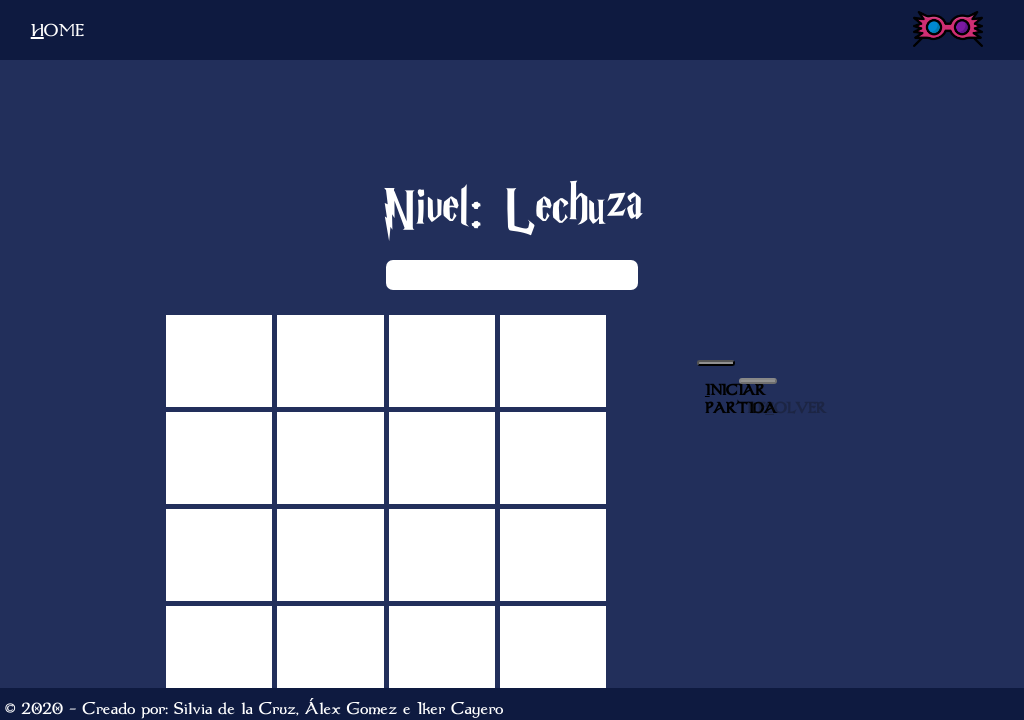
Repository: alexgomezdev/RavenclawSimon
Page: http://localhost/start.php?do=tryagain
An editor plug-in stored every save of this project. The page is shown before and after the next save, followed by the edit.
The browser window is 1024 px wide. The pictures show the whole page.
The page is run by PHP 8.4 with error messages shown; the project is at /var/www/html/.

Above is the page before, as saved 2020-11-10 21:27:25.

### start.php
<!DOCTYPE html>
<?php
session_start();
?>
<html lang="en">
<head>
    <meta charset="UTF-8">
    <meta name="viewport" content="width=device-width, initial-scale=1.0">
    <title>Ravenclaw Simon</title>
    <link rel="stylesheet" href="templates/lib.css">
    <link rel="stylesheet" href="templates/general.css">
    <link rel="stylesheet" href="templates/start.css">
    <audio id="start" src="templates/assets/audio/start.wav"></audio>
    <audio id="select" src="templates/assets/audio/select.mp3"></audio>
    <audio id="solve" src="templates/assets/audio/revelio.mp3"></audio>
    <script src="js/colorblind.js"></script>
</head>
<?php
    if (isset($_POST['colorblind_data'])) {
            $_SESSION['colorblind-data'] = $_POST['colorblind_data'];
        }
?>
<body id="body" <?php if (isset($_SESSION['colorblind-data']) && $_SESSION['colorblind-data'] == "True") {
            echo "class = 'body-blindcolor'";
        } else {
            echo "class = 'body'";
        } ?>>
    <header id="header" <?php if (isset($_SESSION['colorblind-data']) && $_SESSION['colorblind-data'] == "True") {
            echo "class = 'header-blindcolor'";
        } else {
            echo "class = 'header'";
        } ?>>
        <div id="home_link_div">
            <a href="index.php" id="home_link" accesskey="h"><underline class="accesskey">H</underline>OME</a>
        </div>
        <div class="colorblind_button_div" title="MODO DALTÓNICO" onclick="click_colorblind()">
            <img src="templates/assets/icono_daltonico.png" alt="Modo daltónico" id="colorblind_icon">
        </div>
    </header>
    <div id="show_name">
        <?php
        if (isset($_POST['username'])) {
            $username = $_POST['username'];
            if (isset($_SESSION['user']) && $_SESSION['user'] != $_POST['username']) {
                session_unset();
            }
            if (isset($_SESSION['user'])) {
                echo 'Jugador: ' . $_SESSION['user'];
            } else {
                $_SESSION['user'] = $username;

                echo 'Jugador: ' . $_SESSION['user'];
            }
        } else {
            if (isset($_SESSION['user'])) {
                echo 'Jugador: ' . $_SESSION['user'];
            }
        }
        if (isset($_SESSION['lvl'])) {
            if ( isset($_GET["do"]) && $_GET["do"] == "next") {
                $_SESSION['rankPoints'] = $_SESSION['rankPoints'] + 1000;
                $_SESSION['lvl'] = $_SESSION['lvl'] + 1;
            } else if (isset($_GET["do"]) && $_GET["do"] == "tryagain") {
                $_SESSION['rankPoints'] = $_SESSION['rankPoints'] - 50;
            }
        } else {
            $_SESSION['lvl'] = 0;
        }
        if (!isset($_SESSION['rankPoints'])) {
            $_SESSION['rankPoints'] = 1000;
        }
        $archivo = file('templates/config.txt');
        $nivel = explode(";", $archivo[$_SESSION['lvl']]);
        $filas = explode("x", $nivel[1]);
        $randArray = [];
        $randNum = [];
        $segons = $nivel[3] * 1000;
        echo "</br>Nivel: " . $nivel[0];
        ?>
        <script type="text/javascript">
            var segons = <?php echo $segons; ?>

        </script>
    </div>
    <div id="timer">
        <div id="progress">
            <div id="bar">
                <div id="label"></div>
            </div>
        </div>
    </div>
    <script src="js/playing.js"></script>
    <div class="maxwd just-cont-center ds-flex">
        <div class="table">
            <?php

            for ($m = 1; $m <= $nivel[2]; $m++) {
                $randNum = rand(0, ($filas[0] * $filas[1]) - 1);
                if (in_array($randNum, $randArray)) {
                    $m = $m - 1;
                } else {
                    array_push($randArray, $randNum);
                }
            }
            //echo "<PRE>" . print_r($_SESSION['lvl'], true) . "</PRE>";
            //0. NOM, 1. MATRIU, 2. PINTAR 3. SEGS, 4.CODI

            $cont = 0;
            //echo "<PRE>" . var_export($nivel, true) . "</PRE>";

            echo " <table class='tg'><tbody>";
            for ($i = 1; $i <= $filas[0]; $i++) {
                echo "<tr>";
                for ($x = 1; $x <= $filas[1]; $x++) {
                    if (in_array($cont, $randArray)) {
                        echo "<td class='tg plus'  id='. $cont . ' ' '></td>";
                        $cont = $cont + 1;
                    } else {
                        echo "<td class='tg' id='. $cont . ' '></td>";
                        $cont = $cont + 1;
                    }
                }
                echo "</tr>";
            }
            echo " </tbody> </table>";
            //echo "<PRE>" . print_r($filas, true) . "</PRE>";
            ?>
        </div>
               <div class=" ds-flex just-space-around">
            <div id="button_div">
                <button class="button_play" id="start_game_button" onclick="showNices(); updateClock(); move(); start()" accesskey="i">
                    <h3><underline class="accesskey">I</underline>NICIAR PARTIDA</h3>
                </button>
                <button class="button_play" id="solve_button" onclick="winorlose()" onmouseover="solve()" accesskey="s" disabled>
                    <h3>RE<underline class="accesskey">S</underline>OLVER</h3>
                </button>
            </div>
        </div>
    </div>
    <footer id="footer" <?php if (isset($_SESSION['colorblind-data']) && $_SESSION['colorblind-data'] == "True") {
            echo "class = 'footer-blindcolor'";
        } else {
            echo "class = 'footer'";
        } ?>>
        <div id="footer_content">
            &#0169 2020 - Creado por: Silvia de la Cruz, Álex Gomez e Iker Cayero
        </div>
    </footer>
</body>
</html>

### templates/config.txt
Lechuza;4x4;5;4;AA11
Duendecillo;4x4;7;3;AZ21
Centauro;4x4;8;2;BA3G
Trol;4x4;10;1;S7R
Hipogrifo;5x5;7;3;R67T
Gigante;5x5;10;3;78K5
Dementor;5x5;13;2;OPH0
Cancerbero;5x5;14;2;I796
Dragón;5x5;15;1;9UGG
Basilisco;6x6;16;2;6GPD

### templates/lib.css
.maxwd {
  width: 100%;
}

.ds-flex {
  display: flex;
}
.just-cont-center {
  justify-content: center;
}
.just-space-around {
  justify-content: space-around;
}

### templates/general.css
@font-face {
  font-family: "Harry_Potter";
  src: url("../templates/typography/HARRYP.TTF") format("truetype");
}

@font-face {
  font-family: "Dumbledore";
  src: url("../templates/typography/dumbledor.1.ttf") format("truetype");
}

html {
  min-height: 100%;
  position: relative;
}

body {
  font-family: "Dumbledore";
  background-color: #222f5b;
}

.body-blindcolor {
  background-color: #6c1ab2;
}

header {
  background-color: #0e1a40;
  top: 0;
  left: 0;
  position: fixed;
  width: 100%;
  height: 60px;
  display: flex;
}

.header-blindcolor {
  background-color: #2d044c;
}

#home_link_div {
  float: left;
  margin-left: 3%;
  padding-top: 9px;
  text-align: center;
  width: 10%;
  height: 100%;
  margin-right: none;
}

#home_link {
  display: flex;
  justify-content: center;
  align-items: center;
  color: #ffffff;
  font-size: 20px;
  text-decoration: none;
  width: min-content;
  height: 70%;
}

.colorblind_button_div {
  float: right;
  margin-right: 4%;
  width: 20%;
  text-align: center;
  height: 100%;
}

#colorblind_icon {
  float: right;
  justify-content: center;
  color: #ffffff;
  font-size: 20px;
  text-decoration: none;
  padding-top: 11px;
  height: 60%;
  cursor: pointer;
}

#title {
  color: #ffffff;
  font-family: "Harry_Potter";
  font-size: 60px;
  width: 100%;
  text-align: center;
  margin-top: 120px;
}

underline {
  text-decoration: underline;
}
main {
  width: 100%;
}

footer {
  color: #ffffff;
  background-color: #0e1a40;
  bottom: 0;
  left: 0;
  position: absolute;
  width: 100%;
  height: 3%;
  display: flex;
  padding-top: 10px;
  clear: both;
}

.footer-blindcolor {
  background-color: #2d044c;
}

#footer_content {
  margin-left: 5px;
  color: #ffffff;
  font-size: 20px;
  vertical-align: center;
  height: 60%;
}

@media (max-width: 800px) {
  #home_link_div {
    width: 15%;
  }
}

@media (max-width: 500px) {
  #home_link_div {
    width: 25%;
  }
}

### templates/start.css
.tg {
  border-collapse: collapse;
  border-width: 5px;
  width: 450px;
  height: 90px;
  background-color: white;
  border-style: solid;
  border-color: #222f5b;
}

#show_name {
  color: #ffffff;
  font-family: "Harry_Potter";
  font-size: 60px;
  width: 100%;
  text-align: center;
  margin-top: 120px;
  margin-bottom: 20px;
}

table {
  width: 100%;
  margin: 0 auto;
}

.nice {
  background-color: #946b2d;
}

#button_div {
  display: inline-block;
  margin-top: 50px;
  margin-bottom: 100px;
  text-align: center;
  width: 100%;
}

.button_play {
  border-radius: 15px;
  background-color: #919191;
  font-family: "Dumbledore";
  font-size: 20px;
  width: 15%;
  height: 100%;
}

.button_play:hover {
  color: #5d5d5d;
  background-color: #ffffff;
}

#timer {
  font-family: "Harry_Potter";
  color: white;
  width: 100%;
}
#timer {
  text-align: center;
  margin-top: 2%;
  font-size: 25px;
  font-family: "Harry_Potter";
  color: white;
}

#progress {
  position: relative;
  width: 20%;
  height: 30px;
  background-color: #ffffff;
  margin: 0 auto;
  margin-bottom: 2%;
  border-radius: 7px;
}
#bar {
  position: absolute;
  width: 0%;
  height: 100%;
  background-color: #946b2d;
  border-radius: 5px;
}
#label {
  padding-top: 3px;
}

.colorblind_button_div {
  width: 90%;
}
@media (max-width: 1340px) {
  .button_play {
    font-size: 15px;
  }
}

@media (max-width: 1200px) {
  #progress {
    width: 25%;
  }
}
@media (max-width: 1035px) {
  .button_play {
    height: 0%;
  }
}

@media (max-width: 900px) {
  #progress {
    width: 30%;
  }
}

@media (max-width: 700px) {
  #progress {
    width: 35%;
  }
}
@media (max-width: 600px) {
  #progress {
    width: 40%;
  }
}
@media (max-width: 500px) {
  #progress {
    width: 45%;
    margin: 0 auto;
    margin-bottom: 3%;
  }
  footer {
    height: 5%;
  }
}

@media (max-width: 460px) {
  #timer {
    margin: 0 auto;
  }
  #show_name {
    text-align: center;
  }

  #progress {
    margin-bottom: 3%;
    width: 45%;
  }
}

### js/colorblind.js
var daltonico = 0;


function click_colorblind() {
    if (daltonico == 0) {
        daltonico = 1;
        change_colorblind(daltonico);
    } else {
        daltonico = 0;
        change_colorblind(daltonico);
    }
}

function change_colorblind(id) {
    change_body(id);
    change_header(id);
    change_footer(id);
}

function change_body (id){
    if (id == 1) {
        document.getElementById("body").removeAttribute("class");
        document.getElementById("body").setAttribute("class", "body-blindcolor");
    } else {
        document.getElementById("body").removeAttribute("class", "body-blindcolor");
        document.getElementById("body").setAttribute("class", "body");
    }
}

function change_header (id){
    if (id == 1) {
        document.getElementById("header").removeAttribute("class");
        document.getElementById("header").setAttribute("class", "header-blindcolor");
    } else {
        document.getElementById("header").removeAttribute("class", "header-blindcolor");
        document.getElementById("header").setAttribute("class", "header");
    }
}

function change_footer (id){
    if (id == 1) {
        document.getElementById("footer").removeAttribute("class");
        document.getElementById("footer").setAttribute("class", "footer-blindcolor");
    } else {
        document.getElementById("footer").removeAttribute("class", "footer-blindcolor");
        document.getElementById("footer").setAttribute("class", "footer");
    }
}

### js/playing.js
var tdscorrects = document.getElementsByClassName('plus');
function hideNices (){
    for (const key of tdscorrects) {
        key.classList.remove('nice');
    }
    document.getElementById("solve_button").removeAttribute('disabled');
    var clickable = document.getElementsByClassName('tg');
    var clickable = document.getElementsByClassName('tg');
    for (const x of clickable) {
        x.setAttribute('onclick', 'choose(this.id)');
    }
    startTime =new Date();
    document.getElementById("start_game_button").setAttribute('disabled', false);
};
function showNices(){
    for (const x of tdscorrects) {
            x.classList.add('nice');
        }
    setTimeout(hideNices,segons)
};

function choose(id) {
    var elem = document.getElementById(id);
    if (elem.classList.contains('nice')){
        elem.classList.remove('nice');
    }else{
        elem.classList.add('nice');
    }
    document.getElementById('select').play();
};

function winorlose() {
    endTime = new Date();
    var intervalTime = endTime - startTime ;
    intervalTime = intervalTime/100;
    timeToReturn = Math.round(intervalTime);
    var playResut = document.getElementsByClassName('plus nice');
    var contNice = document.getElementsByClassName('nice')
    if ((contNice.length == tdscorrects.length) && ((playResut.length == tdscorrects.length)) ){
        window.open("success.php?tiempo="+timeToReturn, "_self");
    }else{
        window.open("gameOver.php", "_self");
    }
};

function start() {
    document.getElementById('start').play();
};

function solve() {
    document.getElementById('solve').play();
};

var totalTime = segons /1000;

function move() {
    var elem = document.getElementById("bar");
    var width = 0;
    var id = setInterval(frame, segons/100);
    function frame() {
      if (width >= 100) {
        clearInterval(id);
      } else {
        width++;
        elem.style.width = width + '%';
      }//
    }
}

function updateClock() {
    document.getElementById('label').innerHTML = totalTime;
    if(totalTime==0){

    }else{
        totalTime-=1;
        setTimeout("updateClock(totalTime)",1000);
    }
}

After the next save:
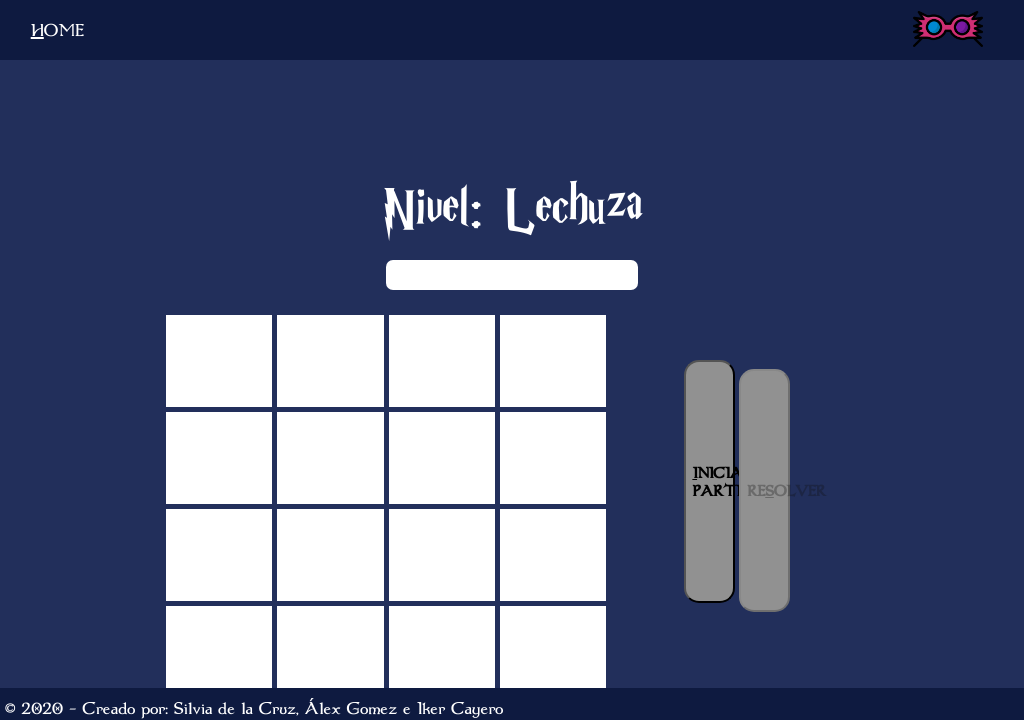
Saved 42 s later.
--- a/templates/start.css
+++ b/templates/start.css
@@ -98,7 +98,7 @@
 }
 @media (max-width: 1035px) {
   .button_play {
-    height: 0%;
+    width: 20%;
   }
 }
 
